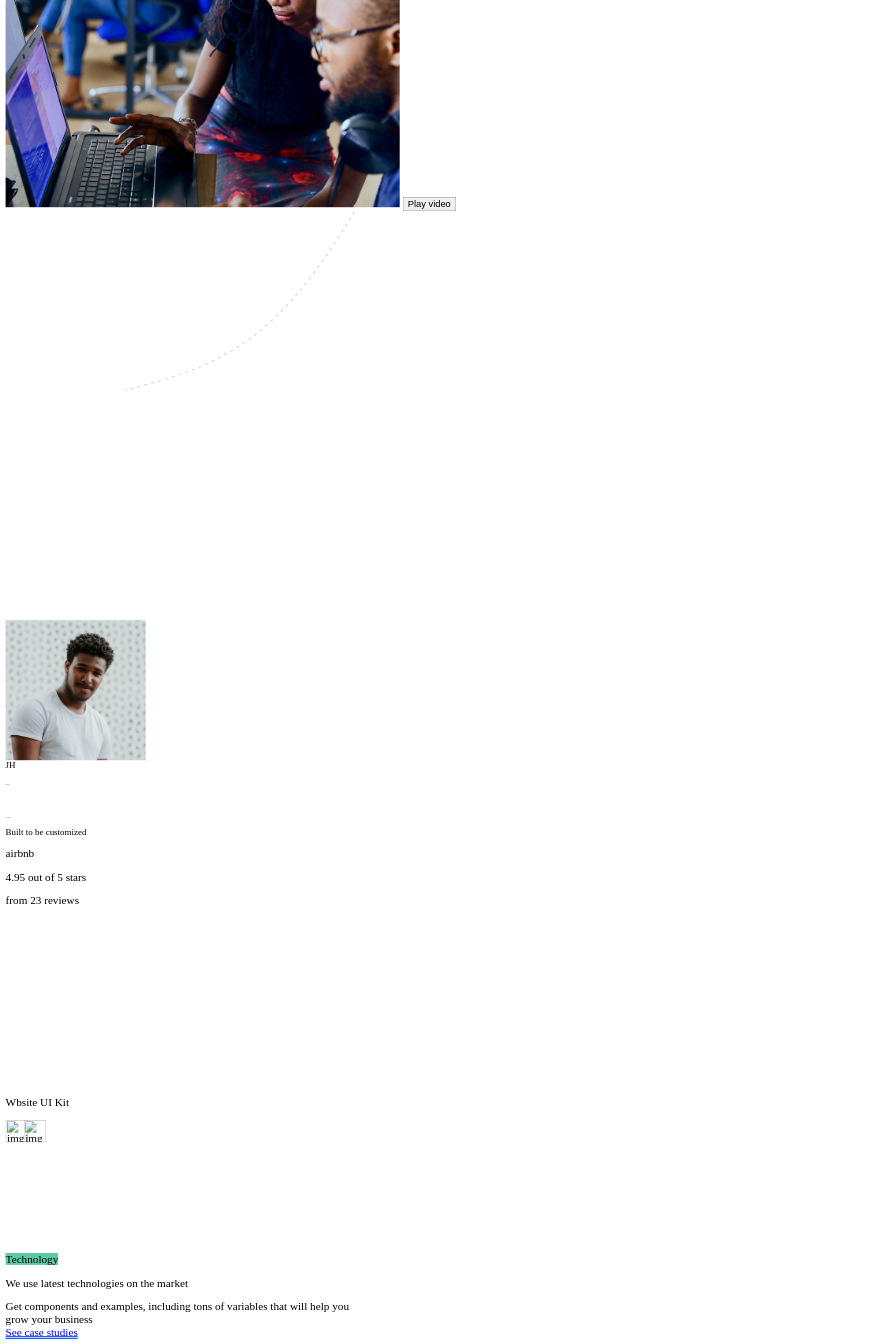
Repository: brandonc16/odoo-task
Page: components/hero.html
These files come from the project's save history. The page is drawn as it stood at one moment and after the next save; the edit follows.
The browser window is 1280 px wide. The pictures show the part of the page from y = 2000 to 3920 px (the page is 3920 px tall before and 3910 px after), at 70% of full size.

Above is the page before, as saved 2026-03-16 03:28:35.

### components/hero.html
<!-- SECTION CARD  -->
<div class="bg-primary text-white hero-style pb-10">
  <div class="pt-5">
    <div class="row align-items-center px-lg-10">
      <div class="col-12 col-lg-6 mb-5 mb-lg-0">
        <p class="display-4 fw-bold mb-4">Development done right</p>
        <p
          class="mb-4 text-white-50"
          style="font-size: 1.1rem; max-width: 400px"
        >
          Build a beautiful, modern website with flexible components built from
          scratch.
        </p>
        <button
          class="btn btn-light text-primary rounded-2 d-inline-flex align-items-center gap-2 fw-bold px-4 py-2 mb-5"
        >
          Get started <span class="fs-5">+</span>
        </button>

        <div class="d-flex align-items-center gap-4 flex-wrap mt-3">
          <span class="small text-white-50">Trusted by:</span>
          <span class="fw-bold d-flex align-items-center gap-1"
            ><i class="bi bi-google"></i>Google</span
          >
          <span class="fw-bold d-flex align-items-center gap-1"
            ><i class="bi bi-spotify"></i>Spotify</span
          >
          <span class="fw-bold fs-5">airbnb</span>
          <span class="fw-bold d-flex align-items-center gap-1"
            ><i class="bi bi-paypal"></i>PayPal</span
          >
        </div>
      </div>
      <div class="col-12 col-lg-6">
        <div
          class="card bg-white border-0 shadow-lg p-4 text-dark"
          style="
            border-radius: 1.5rem 1.5rem 4.5rem 1.5rem;
            max-width: 420px;
            margin: 0 auto;
          "
        >
          <div class="d-flex justify-content-between align-items-center mb-4">
            <p class="fw-bold" style="font-size: 0.85rem">Manage cards</p>
            <button
              class="btn btn-outline-secondary btn-sm px-3 rounded-2"
              style="font-size: 0.85rem"
            >
              Add new
            </button>
          </div>
          <div
            class="bg-card-dark text-white p-4 mb-4 shadow-sm"
            style="border-radius: 1rem"
          >
            <div class="d-flex justify-content-between align-items-start mb-4">
              <div class="d-flex">
                <a class="navbar-brand fw-fold fs-3" href="#">
                  <img
                    src="/assets/mastercard.svg"
                    alt="Odoo logo"
                    height="35"
                    class="d-inline-block align-text-top"
                  />
                </a>
              </div>
              <p
                class="badge bg-success text-success text-white border border-success border-opacity-25 px-2 py-1"
              >
                Active
              </p>
            </div>
            <p
              class="text-white-50 mb-1"
              style="font-size: 0.6rem; letter-spacing: 1px"
            >
              CARD NUMBER
            </p>
            <p class="mb-4" style="letter-spacing: 2px">
              4358 - 7421 - 9256 -6682
            </p>

            <div class="d-flex justify-content-between">
              <div>
                <p
                  class="text-white-50 mb-0"
                  style="font-family: 0.6rem; letter-spacing: 1px"
                >
                  NAME
                </p>
                <p class="mb-0 fw-bold small">John Snow</p>
              </div>
              <div>
                <p
                  class="text-white-50 mb-0"
                  style="font-family: 0.6rem; letter-spacing: 1px"
                >
                  EXPIRY DATE
                </p>
                <p class="mb-0 fw-bold small">11/23</p>
              </div>
            </div>
          </div>

          <div class="justify-content-between align-items-center mb-2">
            <div class="d-flex justify-content-between">
              <p class="mb-0 fw-bold">Starbucks</p>

              <span class="text-muted">$5,50 USD</span>
            </div>
            <p class="mb-0 text-muted" style="font-size: 0.85rem">
              Pending - San Francisco, United States
            </p>
            <hr
              class="text-secondary justify-content-between align-items-center mb-4"
            />

            <div class="d-flex justify-content-between">
              <p class="mb-0 fw-bold">Nike Sports</p>

              <span class="text-muted">$129,00 USD </span>
            </div>
            <p class="mb-0 text-muted" style="font-size: 0.85rem">
              Pending - Lisbon, Portugal
            </p>
            <hr
              class="text-secondary justify-content-between align-items-center mb-4"
            />

            <a href="#" class="text-decoration-underline text-primary"
              >View all</a
            >
          </div>
        </div>
      </div>
    </div>
  </div>
</div>
<!-- SECTION TOOLS -->

<div class="py-5 my-5">
  <div class="px-lg-10">
    <div class="row align-items-center">
      <div class="col-12 col-lg-6 mb-5 mb-lg-0">
        <div
          class="card border border-light border-1 shadow-sm p-4 p-lg-5 rounded-3 position-relative mt-n4 mt-lg-n5"
        >
          <div style="width: 90%">
            <p class="fw-bold mb-4 display-6">Awesome Projects</p>
            <div class="mb-4 p-3">
              <p class="fw-bold mb-2" style="font-size: 0.95">
                Create the new logo
              </p>
              <div class="progress rounded-pill" style="height: 6px">
                <div class="progress-bar- bg-warning" style="width: 45%"></div>
              </div>
            </div>
            <div class="mb-4 p-3">
              <p class="fw-bold mb-2" style="font-size: 0.95">
                Set up the color palette
              </p>
              <div class="progress rounded-pill" style="height: 6px">
                <div class="progress-bar- bg-warning" style="width: 60%"></div>
              </div>
            </div>

            <div class="mb-2 p-3">
              <div
                class="d-flex justify-content-between align-items-center mb-2"
              >
                <span class="fw-bold" style="font-size: 0.95rem">
                  Wireframe and prototype</span
                >
                <span style="font-size: 0.86rem"
                  >6:50 <i class="bi bi-chevron-right small"></i
                ></span>
              </div>

              <div class="progress rounded-pill" style="height: 6px">
                <div class="progress-bar- bg-warning" style="width: 80%"></div>
              </div>
            </div>
          </div>
        </div>
      </div>

      <div
        class="col-12 col-lg-5 offset-lg-1 text-center text-lg-start mt-5 mt-lg-0"
      >
        <span
          class="badge bg-warning text-white px-3 py-2 rounded-pill mb-4 fs-6"
        >
          Tools
        </span>
        <p class="display-6 fw-bold mb-4">
          We build for designers and developers
        </p>
        <p
          class="text-muted fs-5 mb-3"
          style="max-width: 500px; margin: 0 auto"
        >
          Get components and examples, including tons of variables that will
          help you grow your bussines.
        </p>

        <div
          class="mt-4 mt-lg-5"
          style="width: 100%; max-width: 400px; z-index: 2"
        >
          <div class="rounded-2 overflow-hidden shadow-sm position-relative">
            <img
              src="/assets/img_01.jpg"
              alt="Team working"
              height="55"
              class="img-fluid w-100"
              style="height: 200px; object-fit: cover"
            />
            <button
              class="btn btn-light position-absolute top-0 end-0 m-3 fw-bold shadow-sm d-flex align-items-center gap-2 rounded-3"
            >
              Play video <i class="bi bi-play-fill"></i>
            </button>
          </div>
        </div>
      </div>
    </div>
  </div>
</div>

<svg
  class="position-absolute"
  style="
    top: 167%;
    left: 25%;
    z-index: 0;
    pointer-events: none;
    width: 50%;
    height: 83%;
  "
  viewBox="0 0 500 800"
  fill="none"
  xmlns="http://www.w3.org/2000/svg"
>
  <path
    d="M0,0 C150,250 250,300 450,350"
    stroke="#ced4da"
    stroke-width="2"
    stroke-dasharray="6 8"
    fill="none"
  />

  <!--   <path
    d="M400,600 C300,750 250,850 100,1000"
    stroke="#ced4da"
    stroke-width="2"
    stroke-dasharray="6 8"
    fill="none"
  /> -->
</svg>

<!-- SECTION FEATURES -->

<div class="py-5 my-5 position-relative overflow-hidden">
  <div class="row px-lg-10 align-items-center">
    <div class="col-12 col-lg-5 mb-5 mb-lg-0">
      <span
        class="badge text-white px-3 py-2 rounded-pill mb-4 fs-6"
        style="background-color: #5ccaa7"
      >
        Features
      </span>

      <p class="fw-bold fs-4 mb-5">
        Get components and examples, including tons of variables that will help
        you grow your business.
      </p>

      <div class="d-flex flex-column gap-3">
        <div class="d-flex align-items-center gap-3">
          <i class="bi bi-check-circle-fill fs-5" style="color: #5ccaa7"></i>
          <p class="fw-medium mt-3" style="color: #5ccaa7">
            Perfect for modern startups
          </p>
        </div>
      </div>
      <div class="d-flex flex-column gap-3">
        <div class="d-flex align-items-center gap-3">
          <i class="bi bi-check-circle-fill fs-5" style="color: #5ccaa7"></i>
          <p class="fw-medium mt-3" style="color: #5ccaa7">
            Fully customizable and scalable
          </p>
        </div>
      </div>
    </div>

    <div class="col-12 col-lg-6 offset-lg-1">
      <div class="position-relative shadow-lg rounded-3 overflow-hidden;">
        <img
          src="/assets/img_02.jpg"
          alt="Team working"
          height="auto"
          class="img-fluid w-100"
          style="height: 450px; object-fit: cover"
        />
        <button
          class="btn btn-light position-absolute top-0 end-0 m-3 fw-bold shadow-sm d-flex align-items-center gap-2 rounded-3"
        >
          Play video <i class="bi bi-play-fill"></i>
        </button>
      </div>
    </div>
  </div>
</div>

<!-- Section technology -->

<svg
  class="position-absolute"
  style="
    top: 243%;
    left: 25%;
    z-index: 0;
    pointer-events: none;
    width: 50%;
    height: 83%;
    transform: scaleX(-1);
  "
  viewBox="0 0 500 800"
  fill="none"
  xmlns="http://www.w3.org/2000/svg"
>
  <path
    d="M0,0 C150,250 250,300 450,350"
    stroke="#ced4da"
    stroke-width="2"
    stroke-dasharray="6 8"
    fill="none"
  />
</svg>

<!-- section technology -->

<div class="py-5 my-5 position-relative overflow-hidden">
  <div class="px-lg-10 position-relative" style="z-index: 1">
    <div class="row align-items-center">
      <div class="col-12 col-lg-6 mb-5 mb-lg-0">
        <div class="row g-4 align-items-center">
          <div class="col-12 col-sm-6">
            <div class="card border-0 shadow-sm rounded-2 overflow-hidden">
              <img src="/assets/person_03.jpg" alt="JH" style="height: 200px; object-fit: cover" />

              <div
                class="card-body d-flex align-items-center justify-content-between p-4"
              >
                <div class="d-flex align-items-center gap-2">
                  <div
                    class="rounded-circle bg-warning text-white d-flex align-items-center justify-content-center fw-bold"
                    style="width: 35px; height: 35px; font-size: 0.8rem"
                  >
                    JH
                  </div>
                  <span class="fw-bold mb-0" style="font-size: 0.9">
                    Jimmy Hendrix</span
                  >
                </div>
                <i class="bi bi-heart" style="cursor: pointer"></i>
              </div>

            </div>

            <div class="card border-0 shadow-sm rounded4 p-3 d-lfex flex-row align-items-center gap-3 mt-5">
              <div class="rounded-circle bg-success bg-opacity-50 text-white d-flex align-items-center justify-content-center flex shrink-0"
              style="width: 45px; height:45px">
             <i class="bi bi-check-lg fs-5"></i>
             </div>
             <div>
               <p class="fw-bold mb-0" style="font-size: 0.95">
                 300 + components
               </p>
               <p class="text-muted mb-0" style="font-size: 0.8rem">
                 Built to be customized
               </p>
             </div>
             </div>

          </div>




            <div class="col-12 col-sm-6 mt-sm-5">
              <div
                class="card border border-light border-1 shadow-sm rounded-3 mb-4 p-4 text-center d-flex flex-column justify-content-center"
                style="min-height: 290px"
              >
                <div class="mb-3 fs-4 fw-bold">
                  <i class="bi bi-airbnb"></i>airbnb
                </div>
                <div
                  class="text-warining mb-2 fs-6 gap-1 d-flex justify-content-center"
                >
                  <i class="bi bi-star-fill"></i>
                  <i class="bi bi-star-fill"></i>
                  <i class="bi bi-star-fill"></i>
                  <i class="bi bi-star-fill"></i>
                  <i class="bi bi-star"></i>
                </div>
                <p class="fw-bold mb-1">4.95 out of 5 stars</p>
                <p class="text-muted mb-0">from 23 reviews</p>
              </div>

              <div
                class="card border border-light border-1 shadow-sm rounded-3 mb-4 p-4 text-center d-flex flex-column justify-content-center"
                style="min-height: 290px"
              >
                <div
                  class="rounded-circle bg-dark text-white mx-auto d-flex align-items-center justify-content-center mb-3"
                  style="width: 50px; height: 50"
                >
                  <i class="bi bi-infinity fs-4"></i>
                </div>
                <div
                  class="text-warining mb-2 fs-6 gap-1 d-flex justify-content-center"
                >
                  <p class="fw-bold mb-3">Wbsite UI Kit</p>
                </div>

                <div class="d-flex justify-content-center m-b">
                  <img
                    src=""
                    alt="img"
                    class="rounded-circle border border-2 border-white"
                    style="
                      width: 32px;
                      height: 32px;
                      margin-right: -10px;
                      z-index: 3;
                    "
                  />
                  <img
                    src=""
                    alt="img"
                    class="rounded-circle border border-2 border-white"
                    style="
                      width: 32px;
                      height: 32px;
                      margin-right: -10px;
                      z-index: 3;
                    "
                  />
                </div>
                <div
                  class="d-flex justify-ontent-center gap-4 text-muted small mt-auto pt-2"
                >
                  <i class="bi bi-paperclip" style="cursor: pointer"></i>
                  <i class="bi bi-eye" style="cursor: pointer"></i>
                  <i class="bi bi-heart" style="cursor: pointer"></i>
                </div>
              </div>
            </div>
          </div>
        </div>
        <div
          class="col-12 col-lg-5 offset-lg-1 mt-5 mt-lg-0 text-center text-lg-start"
        >
          <span
            class="badge bg-primary text-white px-3 py-2 rounded-pill mb-4 fs-6"
            style="background-color: #5ccaa7"
          >
            Technology
          </span>
          <p class="fs-4 mb-4">We use latest technologies on the market</p>

          <p
            class="text-muted fs-5 mb-4"
            style="max-width: 500px; margin: 0 auto 0 0"
          >
            Get components and examples, including tons of variables that will
            help you grow your business
          </p>
          <a
            href="#"
            class="text-primary text-decoration-none fw-medium pb-1"
            style="border-bottom: 2px solid #0d6efd"
            >See case studies</a
          >
        </div>


        </div>
      </div>
    </div>
  </div>
</div>

After the next save:
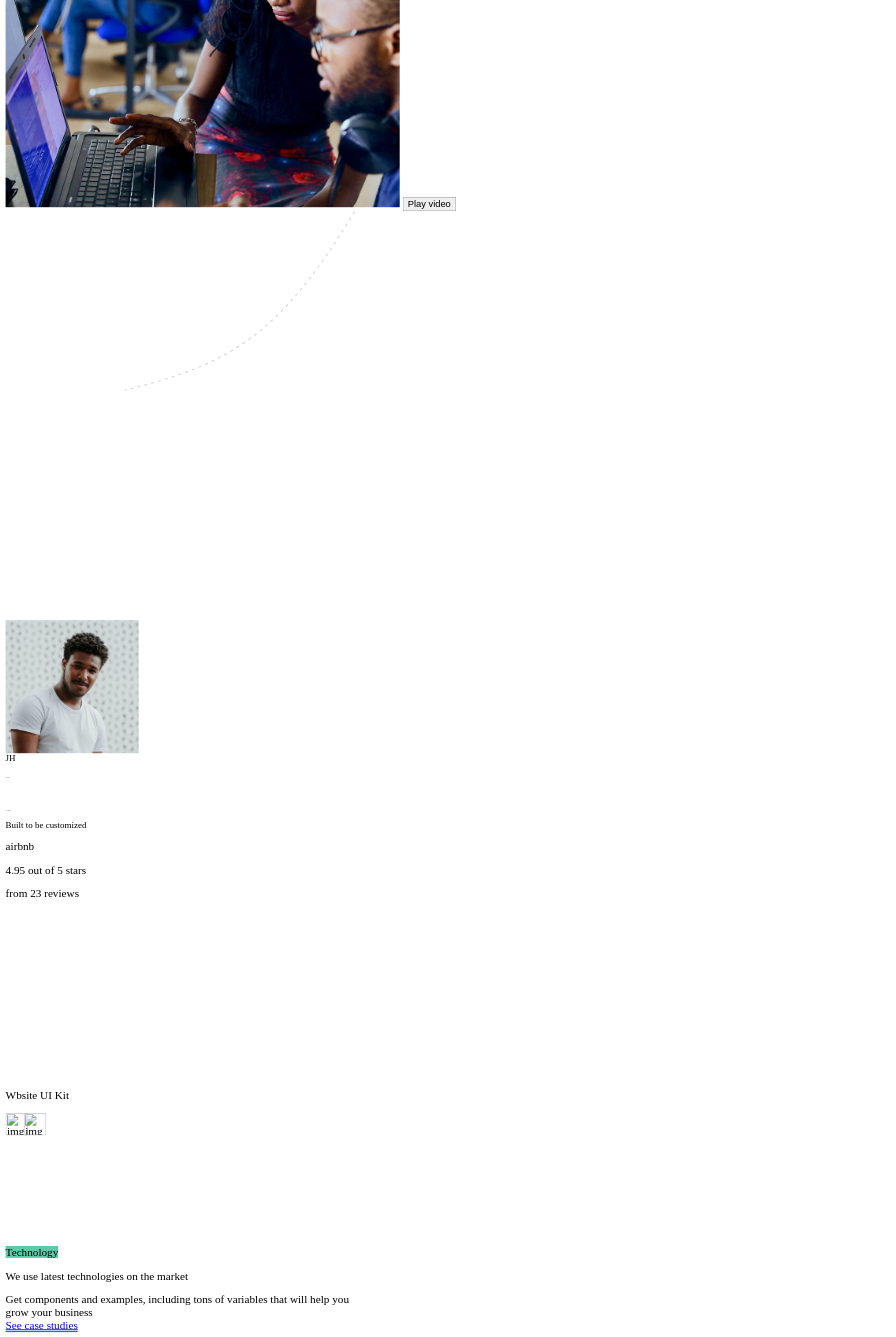
Saved 11 s later.
--- a/components/hero.html
+++ b/components/hero.html
@@ -347,7 +347,7 @@
         <div class="row g-4 align-items-center">
           <div class="col-12 col-sm-6">
             <div class="card border-0 shadow-sm rounded-2 overflow-hidden">
-              <img src="/assets/person_03.jpg" alt="JH" style="height: 200px; object-fit: cover" />
+              <img src="/assets/person_03.jpg" alt="JH" style="height: 190px; object-fit: cover" />
 
               <div
                 class="card-body d-flex align-items-center justify-content-between p-4"
